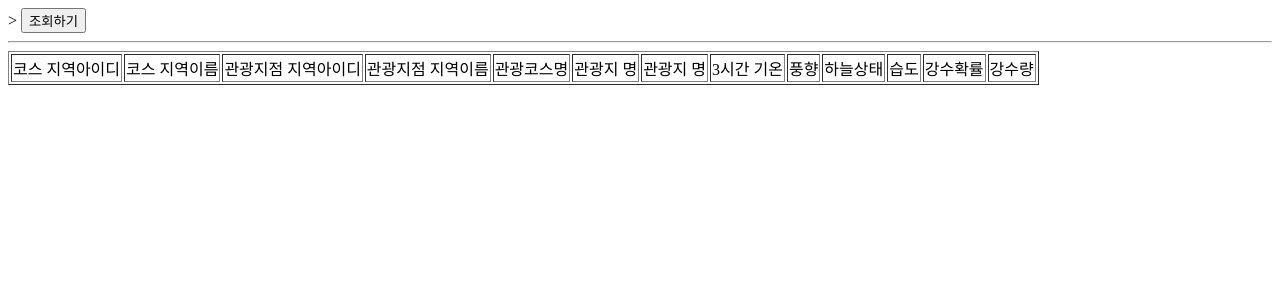
Repository: jeehui/JSPStudy
Page: http://localhost/OPENAPI_PRAC/tour/tour.jsp
The author's editor kept a copy of each file at every save. The page is drawn from the files as they stood at one save, then again after the next save.
The browser window is 1280 px wide. The pictures show the whole page.
The page is served by Tomcat 9. Other server files are loaded and not shown.

Above is the page before, as saved 2022-05-04 06:14:49.
Console error: SyntaxError: missing ) after argument list

### OPENAPI_PRAC/src/main/webapp/tour/tour.jsp
<%@ page language="java" contentType="text/html; charset=UTF-8"
    pageEncoding="UTF-8"%>
<!DOCTYPE html>
<html>
<head>
<meta charset="UTF-8">
<title>Insert title here</title>
<script src="https://code.jquery.com/jquery-3.6.0.js" integrity="sha256-H+K7U5CnXl1h5ywQfKtSj8PCmoN9aaq30gDh27Xc0jk=" crossorigin="anonymous"></script>
<script src="https://code.jquery.com/ui/1.13.1/jquery-ui.js" integrity="sha256-6XMVI0zB8cRzfZjqKcD01PBsAy3FlDASrlC8SxCpInY=" crossorigin="anonymous"></script>>
<link rel="stylesheet" href="https://code.jquery.com/ui/1.13.1/themes/base/jquery-ui.css">
<script>

	$(documoent).ready(function(){
		fnTourStnInfoSvc();
	})

	function fnTourStnInfoSvc(){
		$('#btn_tour').on('click', funtion(){
			$.ajax({
				url: '/OPENAPI/tourStnInfoSvc.do',
				type: 'get',
				dataType:'json',
				success: function(responseText){
					$('#focInfo').empty();
					$.each($(responseText).find('item'), function(i, item){
						var tr = '<tr>';
						tr += '<td>' + $(item).find('courseAreaId').text()+ '</td>';
						tr += '<td>' + $(item).find('courseAreaName').text()+ '</td>';
						tr += '<td>' + $(item).find('spotAreaId').text()+ '</td>';
						tr += '<td>' + $(item).find('spotAreaName').text()+ '</td>';
						tr += '<td>' + $(item).find('courseName').text()+ '</td>';
						tr += '<td>' + $(item).find('spotName').text()+ '</td>';
						tr += '<td>' + $(item).find('thema').text()+ '</td>';
						tr += '<td>' + $(item).find('th3').text()+ '</td>';
						tr += '<td>' + $(item).find('wd').text()+ '</td>';
						tr += '<td>' + $(item).find('ws').text()+ '</td>';
						tr += '<td>' + $(item).find('sky').text()+ '</td>';
						tr += '<td>' + $(item).find('rhm').text()+ '</td>';
						tr += '<td>' + $(item).find('pop').text()+ '</td>';
						tr += '<td>' + $(item).find('rn').text()+ '</td>';
					})
				}
			})
		})
	}

</script>
</head>
<body>

	<input type="button" value="조회하기" id="btn_tour">

	<hr>

	<table border="1">
		<thead>
			<tr>
				<td>코스 지역아이디</td>
				<td>코스 지역이름</td>
				<td>관광지점 지역아이디</td>
				<td>관광지점 지역이름</td>
				<td>관광코스명</td>
				<td>관광지 명</td>
				<td>관광지 명</td>
				<td>3시간 기온</td>
				<td>풍향</td>
				<td>하늘상태</td>
				<td>습도</td>
				<td>강수확률</td>
				<td>강수량</td>
			</tr>
		</thead>
		<tbody id="focInfo">

		</tbody>
	</table>
</body>
</html>

After the next save:
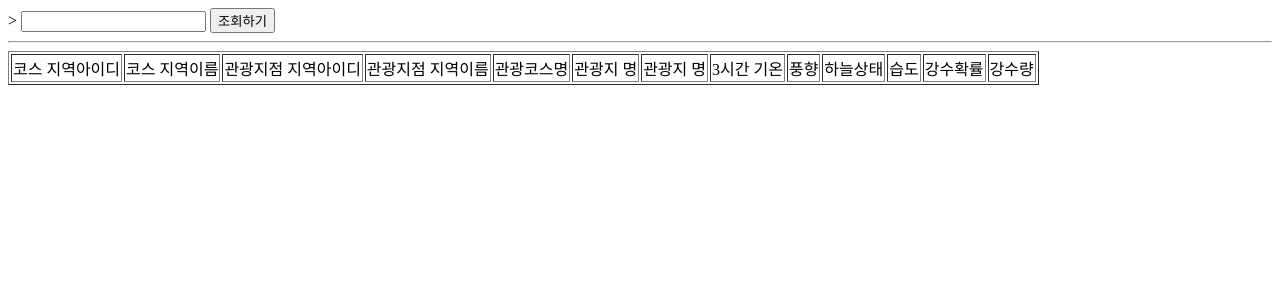
Saved 9 min 11 s later.
--- a/OPENAPI_PRAC/src/main/webapp/tour/tour.jsp
+++ b/OPENAPI_PRAC/src/main/webapp/tour/tour.jsp
@@ -12,6 +12,11 @@
 
 	$(documoent).ready(function(){
 		fnTourStnInfoSvc();
+	})
+
+
+	$('#currenDate').datepicker({
+	'showOn': 'focus' // both
 	})
 
 	function fnTourStnInfoSvc(){
@@ -48,6 +53,7 @@
 </head>
 <body>
 
+	<input type="text" id="cureentDate" name="currentDate">
 	<input type="button" value="조회하기" id="btn_tour">
 
 	<hr>
